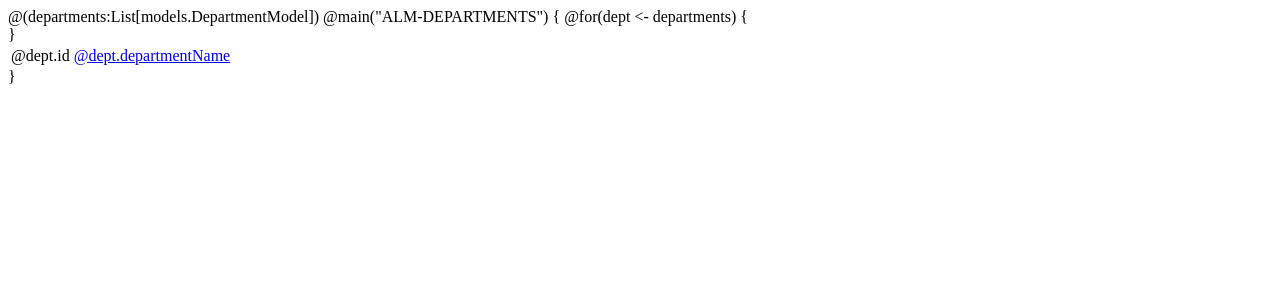
Repository: sumitkum200690/PLAY_SLICK
Page: Play_DB/app/views/allDepartmentPage.scala.html
The author's editor kept a copy of each file at every save. The page is drawn from the files as they stood at one save, then again after the next save.
The browser window is 1280 px wide. The pictures show the whole page.

Above is the page before, as saved 2015-09-22 08:55:45.

After the next save:
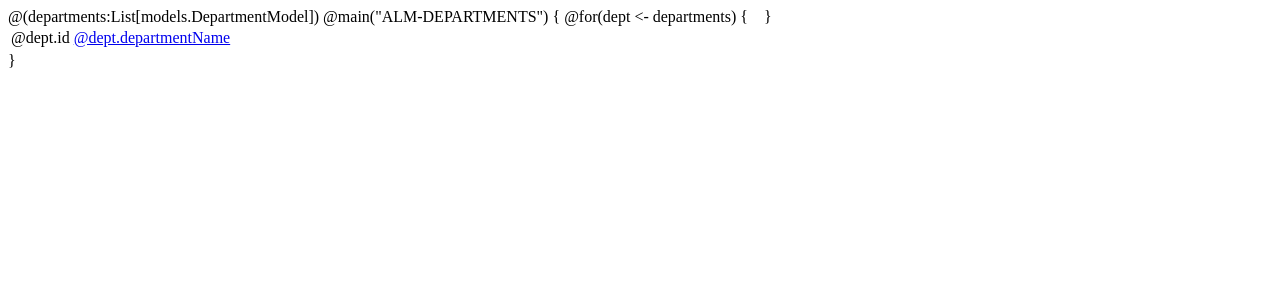
Saved 19 s later.
--- a/Play_DB/app/views/allDepartmentPage.scala.html
+++ b/Play_DB/app/views/allDepartmentPage.scala.html
@@ -8,7 +8,8 @@
 <table>
 
   @for(dept <- departments) {
-    <tr><td> @dept.id </td> &nbsp;&nbsp; <td><a href="@routes.Application.allManagers">@dept.departmentName </a></td></tr><br/>
+    <tr><td> @dept.id </td> &nbsp;&nbsp; <td><a href="@routes.Application.allManagers">@dept.departmentName </a></td></tr>
+    <tr></tr>
 
 
 
